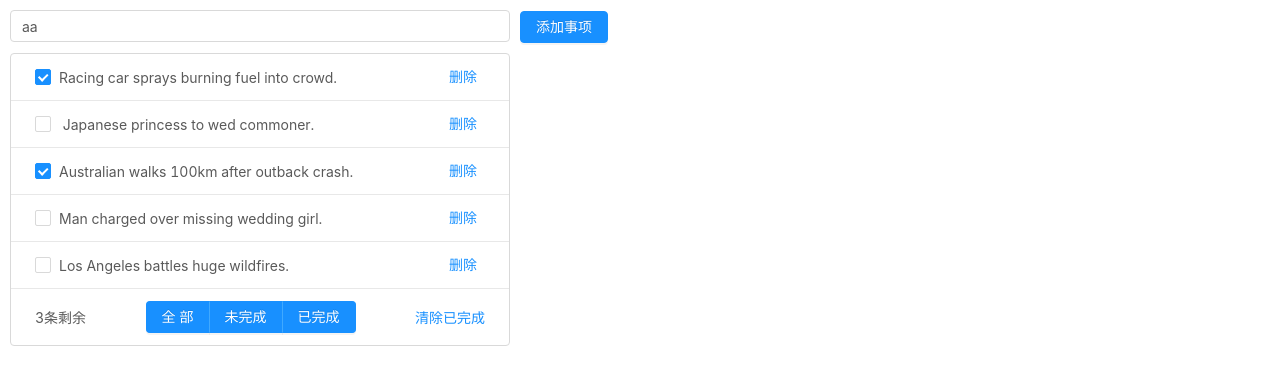
Repository: hnwj/todo
Page: /
The author's editor kept a copy of each file at every save. The page is drawn from the files as they stood at one save, then again after a run of saves.
The browser window is 1280 px wide. The pictures show the whole page.
The project was rebuilt for these pictures with package versions that can differ from the ones it lists, and the page was loaded fresh each time. Also part of the build but not shown: vue.config.js.

Above is the page before, as saved 2022-10-11 20:28:12.

### src/main.js
import Vue from 'vue'
import App from './App.vue'
import store from './store'
import axios from 'axios'

// 1、导入ant-design-vue 组件库
import Antd from 'ant-design-vue'

// 2、导入组件库的样式表
import 'ant-design-vue/dist/antd.css'

Vue.config.productionTip = false
// 3、安装组件库
Vue.use(Antd)

new Vue({
  store,
  axios,
  render: h => h(App)
}).$mount('#app')

### src/App.vue
<template>
  <div id="app">
    <a-input placeholder="请输入任务" class="my_ipt" :value="inputValue" @change="handleInputChange"/>
    <a-button type="primary" @click="addItemTodo">添加事项</a-button>

    <a-list bordered :dataSource="list" class="dt_list">
      <a-list-item slot="renderItem" slot-scope="item">
        <!-- 复选框 -->
        <a-checkbox :checked="item.done" @change="(e)=>{cbStatusChanged(e,item.id)}">{{ item.info }}</a-checkbox>
        <!-- 删除链接 -->
        <a slot="actions" @click="removeItem(item.id)">删除</a>
      </a-list-item>

      <!-- footer区域 -->
      <div class="footer" slot="footer">
        <span>{{unDoneLength}}条剩余</span>
        <a-button-group>
          <a-button :type="viewKey ==='all' ? 'primary':'default' " @click="changeList('all')">全部</a-button>
          <a-button :type="viewKey ==='all' ? 'primary':'default' "  @click="changeList('undone')">未完成</a-button>
          <a-button :type="viewKey ==='all' ? 'primary':'default' "  @click="changeList('done')">已完成</a-button>
        </a-button-group>
        <a @click="clear">清除已完成</a>
      </div>
    </a-list>
  </div>
</template>
<script>
import { mapState, mapGetters } from 'vuex'
export default {
  name: 'app',
  data () {
    return {

    }
  },
  created () {
    this.$store.dispatch('getList')
  },
  computed: {
    ...mapState(['list', 'inputValue', 'viewKey']),
    ...mapGetters(['unDoneLength'])
  },
  methods: {
    handleInputChange (e) {
      console.log(e.target.value)
      this.$store.commit('setInputValue', e.target.value)
    },
    // 添加事项
    addItemTodo () {
      if (this.inputValue.trim().length <= 0) {
        return this.$message.warning('输入不能为空！')
      }
      this.$store.commit('addItem')
    },
    // 按照id,删除事项
    removeItem (id) {
      this.$store.commit('removeItem', id)
    },
    // 修改选中的状态
    cbStatusChanged (e, id) {
      console.log(e.target.checked)
      console.log(id)
      const params = {
        id: id,
        status: e.target.checked
      }
      this.$store.commit('changeStatus', params)
    },
    //  clear所有完成的事项
    clear () {
      this.$store.commit('clearDone')
    },
    // 修改高亮效果
    changeList (key) {
      this.$store.commit('changeViewKey', key)
    }
  }
}
</script>
<style scoped>
#app {
  padding: 10px;
}
.my_ipt {
  width: 500px;
  margin-right: 10px;
}
.dt_list {
  width: 500px;
  margin-top: 10px;
}
.footer {
  display: flex;
  justify-content: space-between;
  align-items: center;
}
</style>

### src/store/index.js
import axios from 'axios'
import Vue from 'vue'
import Vuex from 'vuex'

Vue.use(Vuex)

export default new Vuex.Store({
  state: {
    // 所有的任务列表
    list: [],
    // 文本框的内容
    inputValue: 'aa',
    // 下一个事项id
    nextId: 5,
    // 高亮key值
    viewKey: 'all'
  },
  mutations: {
    initList (state, list) {
      state.list = list
    },
    // 为store中的inputValue赋值
    setInputValue (state, val) {
      state.inputValue = val
    },
    // 添加事项
    addItem (state) {
      const obj = {
        id: state.nextId,
        info: state.inputValue.trim(),
        done: false
      }
      state.list.push(obj)
      state.nextId++
      state.inputValue = ''
    },
    // 更具id，删除事项
    removeItem (state, id) {
      // 查id
      const i = state.list.findIndex(x => x.id === id)
      // 根据索引，删除对应的事项
      if (i !== -1) {
        state.list.splice(i, 1)
      }
    },
    // 修改事项的status
    changeStatus (state, params) {
      const i = state.list.findIndex((x) => x.id === params.id)
      if (i !== -1) {
        state.list[i].done = params.status
      }
    },
    // 清除所有完成的事项
    clearDone (state) {
      state.list = state.list.filter(x => x.done === false)
    },
    // 高亮效果切换
    changeViewKey (state, key) {
      state.viewKey = key
    }

  },
  actions: {
    getList (context) {
      axios.get('/list.json').then(({ data }) => {
        console.log(data)
        context.commit('initList', data)
      })
    }
  },
  modules: {
  },
  getters: {
    // 统计未完成的事项
    unDoneLength (state) {
      return state.list.filter(x => x.done === false).length
    }
  }
})

### public/list.json
[{
  "id": 0,
  "info": "Racing car sprays burning fuel into crowd.",
  "done": true
},
{
  "id": 1,
  "info": " Japanese princess to wed commoner.",
  "done": false
},
{
  "id": 2,
  "info": "Australian walks 100km after outback crash.",
  "done": true
},
{
  "id": 3,
  "info": "Man charged over missing wedding girl.",
  "done": false
},
{
  "id": 4,
  "info": "Los Angeles battles huge wildfires.",
  "done": false
}]

Loaded but not shown: public/index.html (common file)

After the next 3 saves:
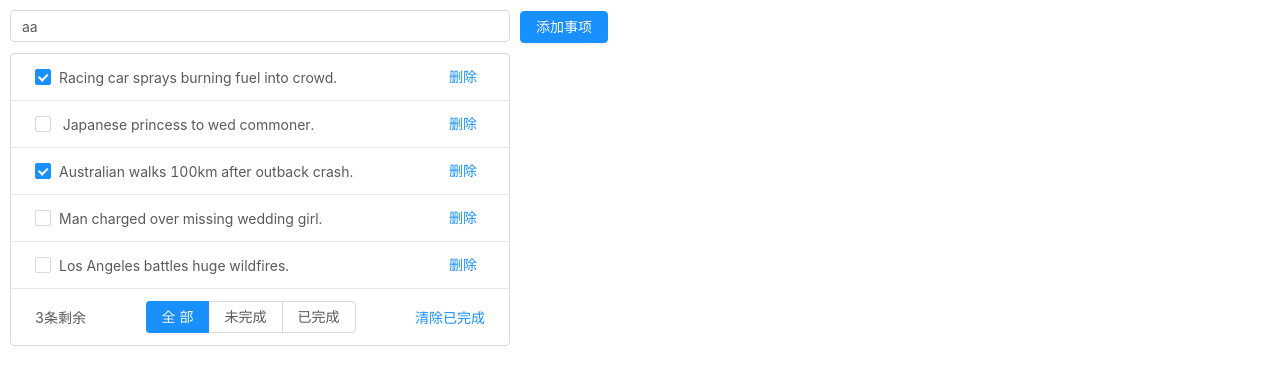
The 3 saves are shown as one change because they came seconds apart.
The last was saved 10 s later.
--- a/src/App.vue
+++ b/src/App.vue
@@ -16,8 +16,8 @@
         <span>{{unDoneLength}}条剩余</span>
         <a-button-group>
           <a-button :type="viewKey ==='all' ? 'primary':'default' " @click="changeList('all')">全部</a-button>
-          <a-button :type="viewKey ==='all' ? 'primary':'default' "  @click="changeList('undone')">未完成</a-button>
-          <a-button :type="viewKey ==='all' ? 'primary':'default' "  @click="changeList('done')">已完成</a-button>
+          <a-button :type="viewKey ==='undone' ? 'primary':'default' "  @click="changeList('undone')">未完成</a-button>
+          <a-button :type="viewKey ==='done' ? 'primary':'default' "  @click="changeList('done')">已完成</a-button>
         </a-button-group>
         <a @click="clear">清除已完成</a>
       </div>
